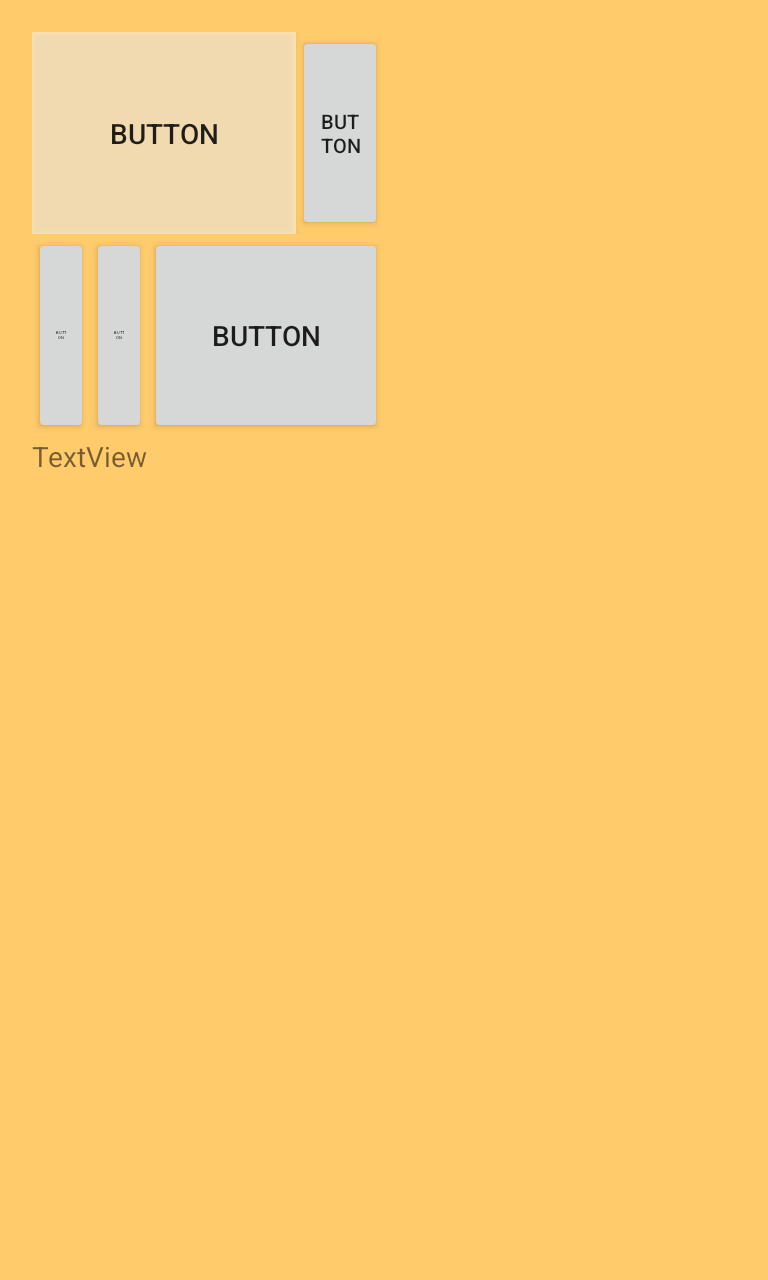
Repository: HarithaAmmuHari/Project
Layout: Senthil1/res/layout/activity_main.xml
These files come from the project's save history. The layout is drawn as it stood at one moment and after the next save; the edit follows.
It is drawn on a 768 x 1280 px phone screen (xhdpi) without system bars, with theme AppTheme; the app's code is not run.

Above is the layout before, as saved 2015-01-19 10:24:33.

### Senthil1/res/layout/activity_main.xml
<LinearLayout xmlns:android="http://schemas.android.com/apk/res/android"
    xmlns:tools="http://schemas.android.com/tools"
    android:id="@+id/LinearLayout1"
    android:layout_width="match_parent"
    android:layout_height="match_parent"
    android:orientation="horizontal"
    android:paddingBottom="@dimen/activity_vertical_margin"
    android:paddingLeft="@dimen/activity_horizontal_margin"
    android:paddingRight="@dimen/activity_horizontal_margin"
    android:paddingTop="@dimen/activity_vertical_margin"
    android:weightSum="6.0"
    android:background="#FFCB6B"
    tools:context="com.example.senthil1.MainActivity" >

    <LinearLayout
        android:layout_width="0dp"
        android:layout_height="match_parent"
        android:layout_weight="3.0"
        android:orientation="vertical"
        android:weightSum="9.0" >

        <LinearLayout
            android:layout_width="match_parent"
            android:layout_height="0dp"
            android:layout_weight="3.0"
            android:orientation="vertical"
            android:weightSum="4.0" >

            <LinearLayout
                android:layout_width="match_parent"
                android:layout_height="0dp"
                android:orientation="horizontal"
                android:layout_weight="2.0"
                android:weightSum="4.0" >

                <Button
                    android:id="@+id/button1"
                    android:layout_width="0dp"
                    android:layout_height="match_parent"
                    android:text="Button"
                    android:background="#80ffffff"
                    android:layout_weight="3.0"/>

                <Button
                    android:id="@+id/button2"
                    android:layout_width="0dp"
                    android:layout_height="match_parent"
                    android:layout_weight="1.0"
                    android:text="Button"
                    android:textSize="10sp" />

            </LinearLayout>

            <LinearLayout
                android:layout_width="match_parent"
                android:layout_height="0dp"
                android:layout_weight="2.0"
                android:weightSum="6.0"
                android:orientation="horizontal" >

                <Button
                    android:id="@+id/button3"
                    android:layout_width="0dp"
                    android:layout_height="match_parent"
                     android:textSize="2sp"
                     android:layout_weight="1.0"
                    android:text="Button" />

                <Button
                    android:id="@+id/button4"
                    android:layout_width="0dp"
                    android:layout_height="match_parent"
                    android:layout_weight="1.0"
                    android:text="Button"
                    android:textSize="2sp" />

                <Button
                    android:id="@+id/button5"
                    android:layout_width="0dp"
                    android:layout_height="match_parent"
                     android:layout_weight="4.0"
                    android:text="Button" />

            </LinearLayout>

        </LinearLayout>

        <LinearLayout
            android:layout_width="match_parent"
            android:layout_height="0dp"
            android:layout_weight="2.0"
            android:orientation="vertical" >

            <TextView
                android:id="@+id/textView1"
                android:layout_width="match_parent"
                android:layout_height="match_parent"
                android:background="FFC1E4#45"
                android:text="TextView" />

        </LinearLayout>

    </LinearLayout>

    <LinearLayout
        android:layout_width="0dp"
        android:layout_height="match_parent"
        android:layout_weight="3.0"
        android:orientation="vertical" >
    </LinearLayout>

</LinearLayout>

Loaded but not shown: Senthil1/res/values/styles.xml (common file); Senthil1/res/values-v11/styles.xml (common file); Senthil1/res/values-v14/styles.xml (common file); Senthil1/res/values/dimens.xml (common file); Senthil1/res/values-w820dp/dimens.xml (common file)

After the next save:
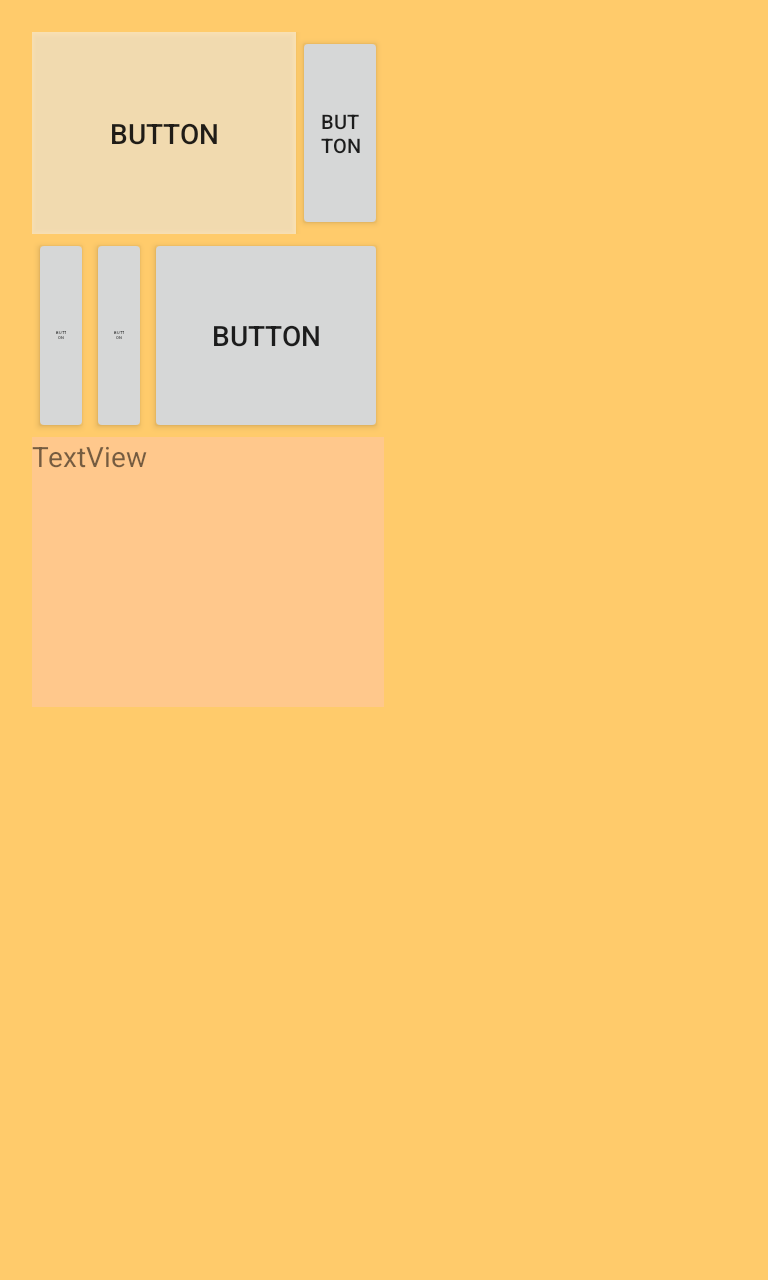
Saved 14 s later.
--- a/Senthil1/res/layout/activity_main.xml
+++ b/Senthil1/res/layout/activity_main.xml
@@ -95,7 +95,7 @@
                 android:id="@+id/textView1"
                 android:layout_width="match_parent"
                 android:layout_height="match_parent"
-                android:background="FFC1E4#45"
+                android:background="#45FFC1E4"
                 android:text="TextView" />
 
         </LinearLayout>
